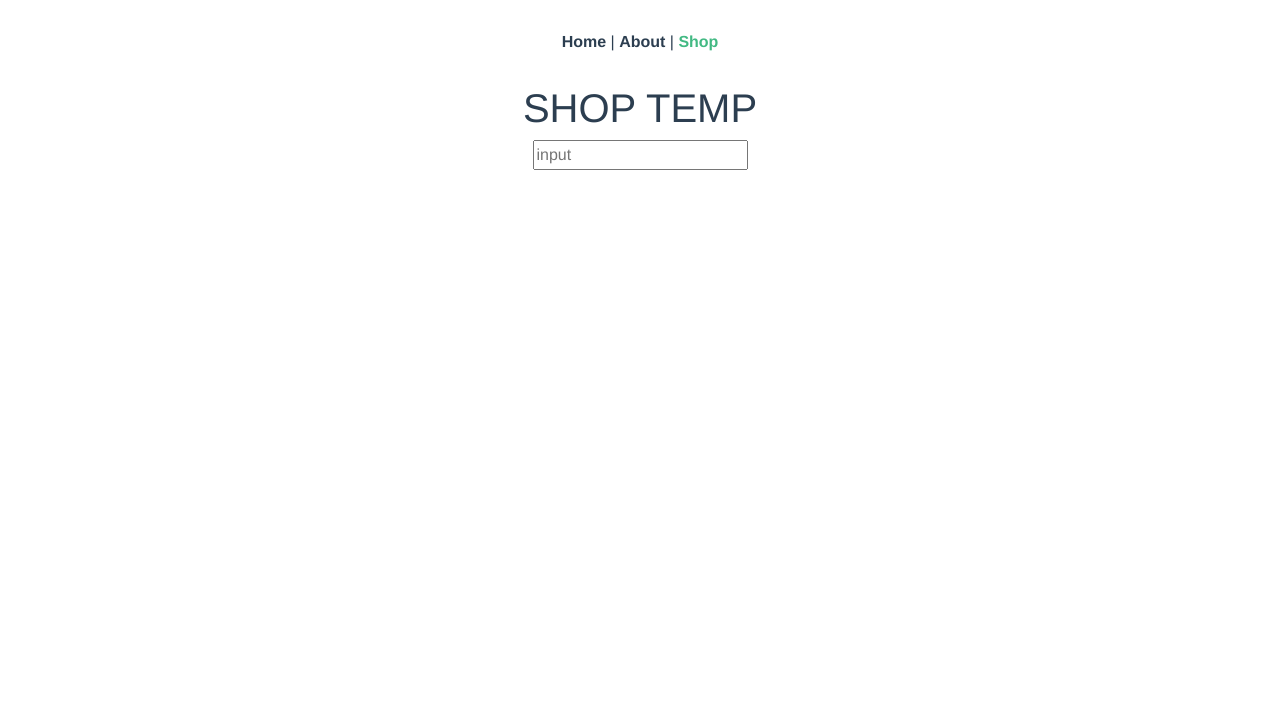
Repository: ramcd86/vuetest
Page: /#/shop
An editor plug-in stored every save of this project. The page is shown before and after the next save, followed by the edit.
The browser window is 1280 px wide. The pictures show the whole page.
The project was rebuilt for these pictures with package versions that can differ from the ones it lists, and the page was loaded fresh each time. Requests to the local data server were answered from the project's data file. Also part of the build but not shown: src/components/HelloWorld.vue, src/views/Home.vue.

Above is the page before, as saved 2019-07-08 11:09:20.

After the next save:
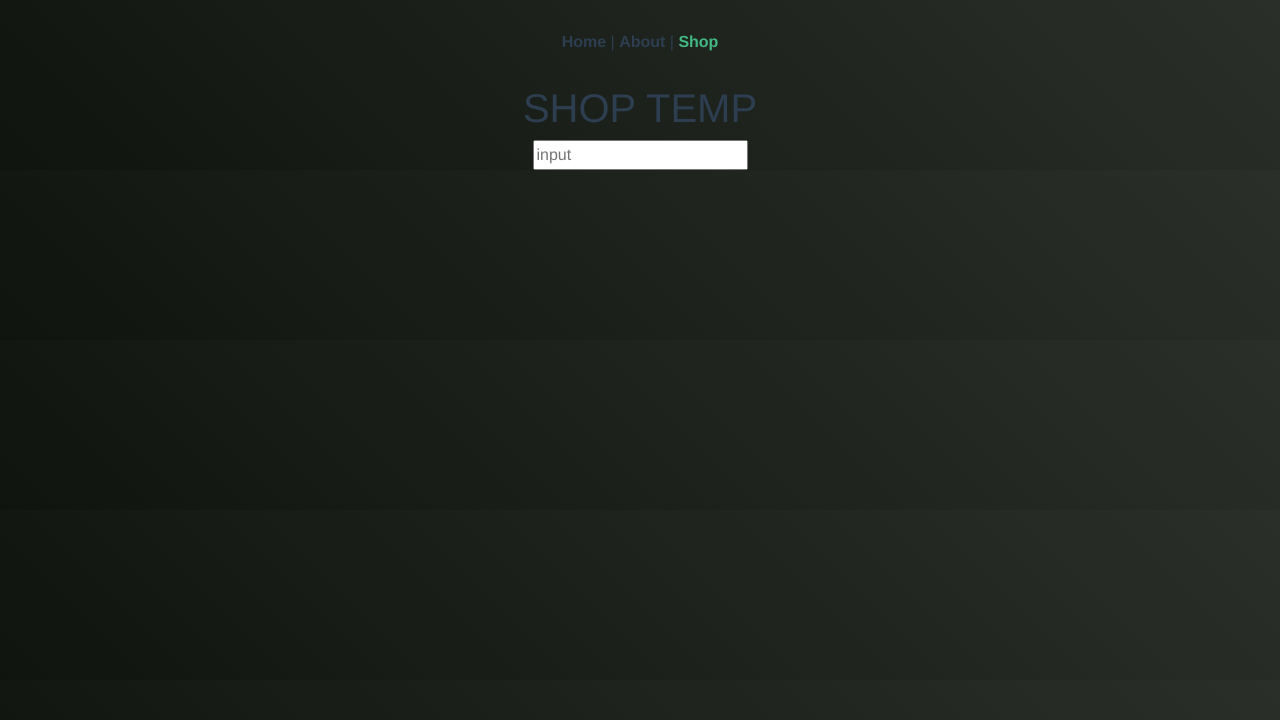
Saved 98 s later.
--- a/public/index.html
+++ b/public/index.html
@@ -8,6 +8,16 @@
     <link href="https://stackpath.bootstrapcdn.com/bootstrap/4.3.1/css/bootstrap.min.css" rel="stylesheet" integrity="sha384-ggOyR0iXCbMQv3Xipma34MD+dH/1fQ784/j6cY/iJTQUOhcWr7x9JvoRxT2MZw1T" crossorigin="anonymous">
     <link href="https://stackpath.bootstrapcdn.com/font-awesome/4.7.0/css/font-awesome.min.css" rel="stylesheet" integrity="sha384-wvfXpqpZZVQGK6TAh5PVlGOfQNHSoD2xbE+QkPxCAFlNEevoEH3Sl0sibVcOQVnN" crossorigin="anonymous">
     <title>storeapp</title>
+    <style>
+    body {
+      color: #FFF;
+      background: rgb(15,20,15);
+      background: -moz-linear-gradient(45deg, rgba(15,20,15,1) 0%, rgba(42,47,41,1) 100%);
+      background: -webkit-linear-gradient(45deg, rgba(15,20,15,1) 0%, rgba(42,47,41,1) 100%);
+      background: linear-gradient(45deg, rgba(15,20,15,1) 0%, rgba(42,47,41,1) 100%);
+      filter: progid:DXImageTransform.Microsoft.gradient(startColorstr="#0f140f",endColorstr="#2a2f29",GradientType=1);
+    }
+    </style>
   </head>
   <body>
     <noscript>
